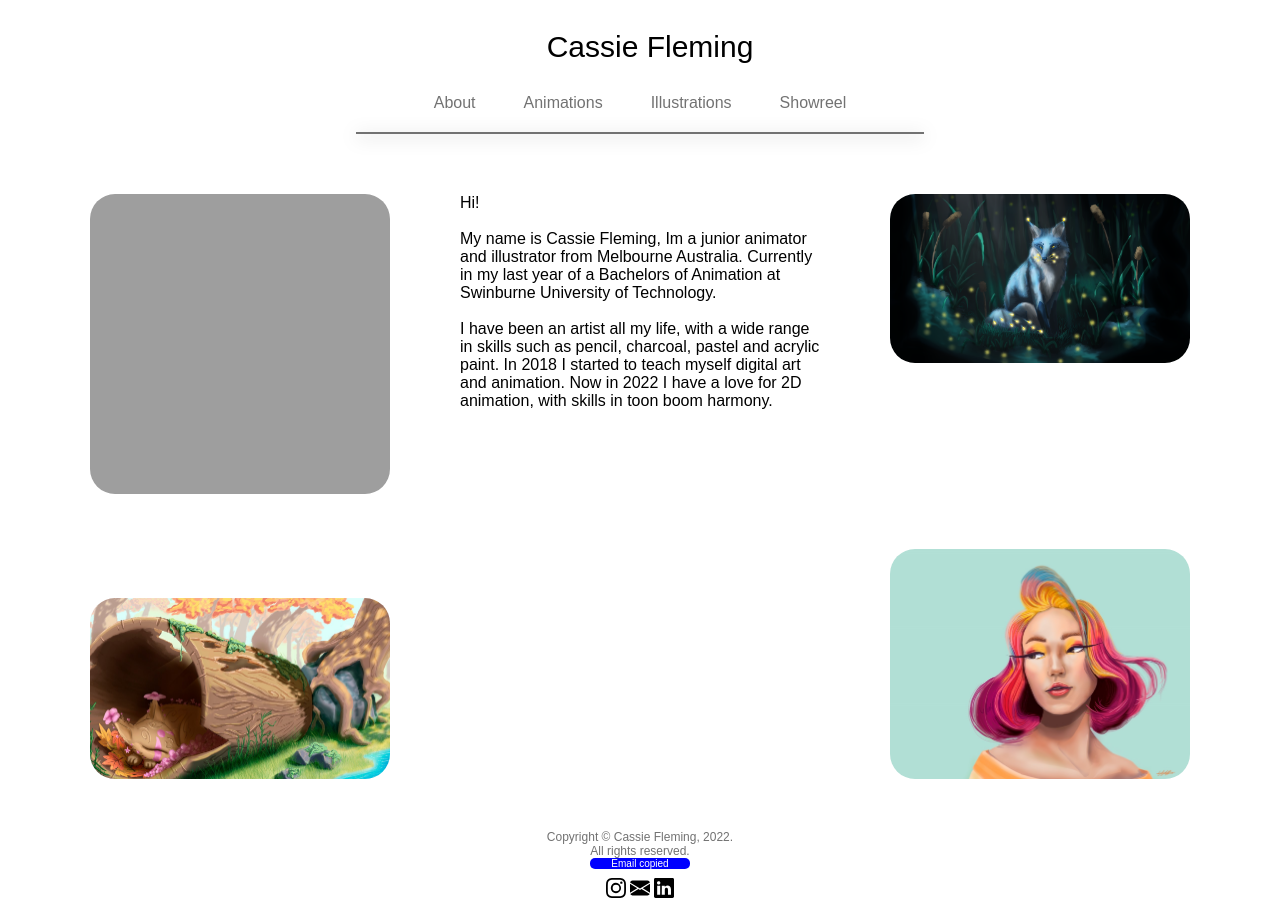
Repository: David-Waite/Cassie-Fleming-portfolio
Page: /
The author's editor kept a copy of each file at every save. The page is drawn from the files as they stood at one save, then again after the next save.
The browser window is 1280 px wide. The pictures show the whole page.
Pictures or frames that could not be fetched are drawn as grey boxes. Some web fonts or font styles are not loaded; a fallback is used. The project was rebuilt for these pictures with package versions that can differ from the ones it lists, and the page was loaded fresh each time. The framework's server and built-in components were replaced by stand-ins that run in the browser. Also part of the build but not shown: next.config.js.

Above is the page before, as saved 2022-09-11 17:51:01.

After the next save:
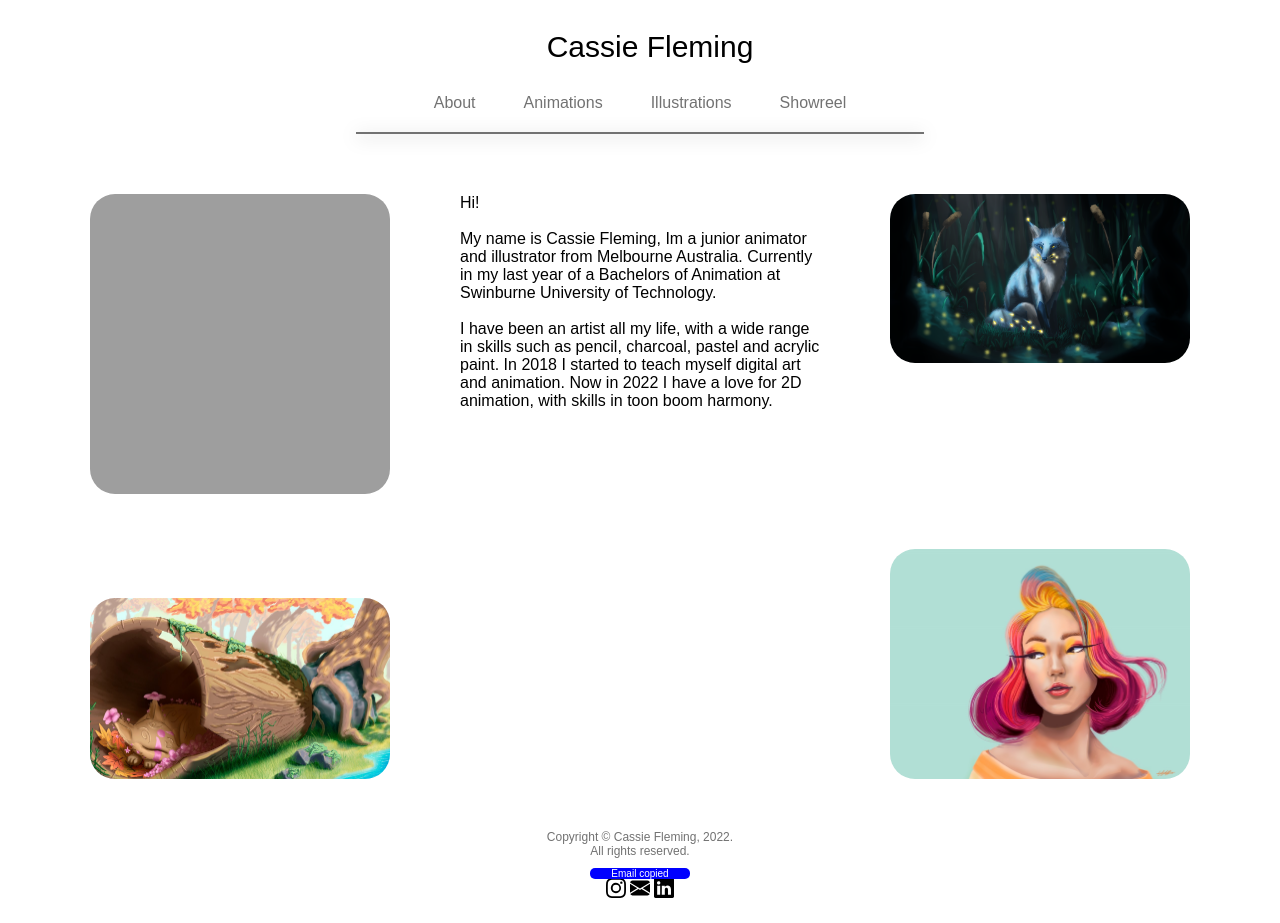
Saved 5 s later.
--- a/styles/globals.css
+++ b/styles/globals.css
@@ -107,7 +107,7 @@ footer {
   width: 100px;
   text-align: center;
   left: -44px;
-  top: -20px;
+  top: -10px;
   background-color: blue;
   color: #ffffff;
   border-radius: 5px;
